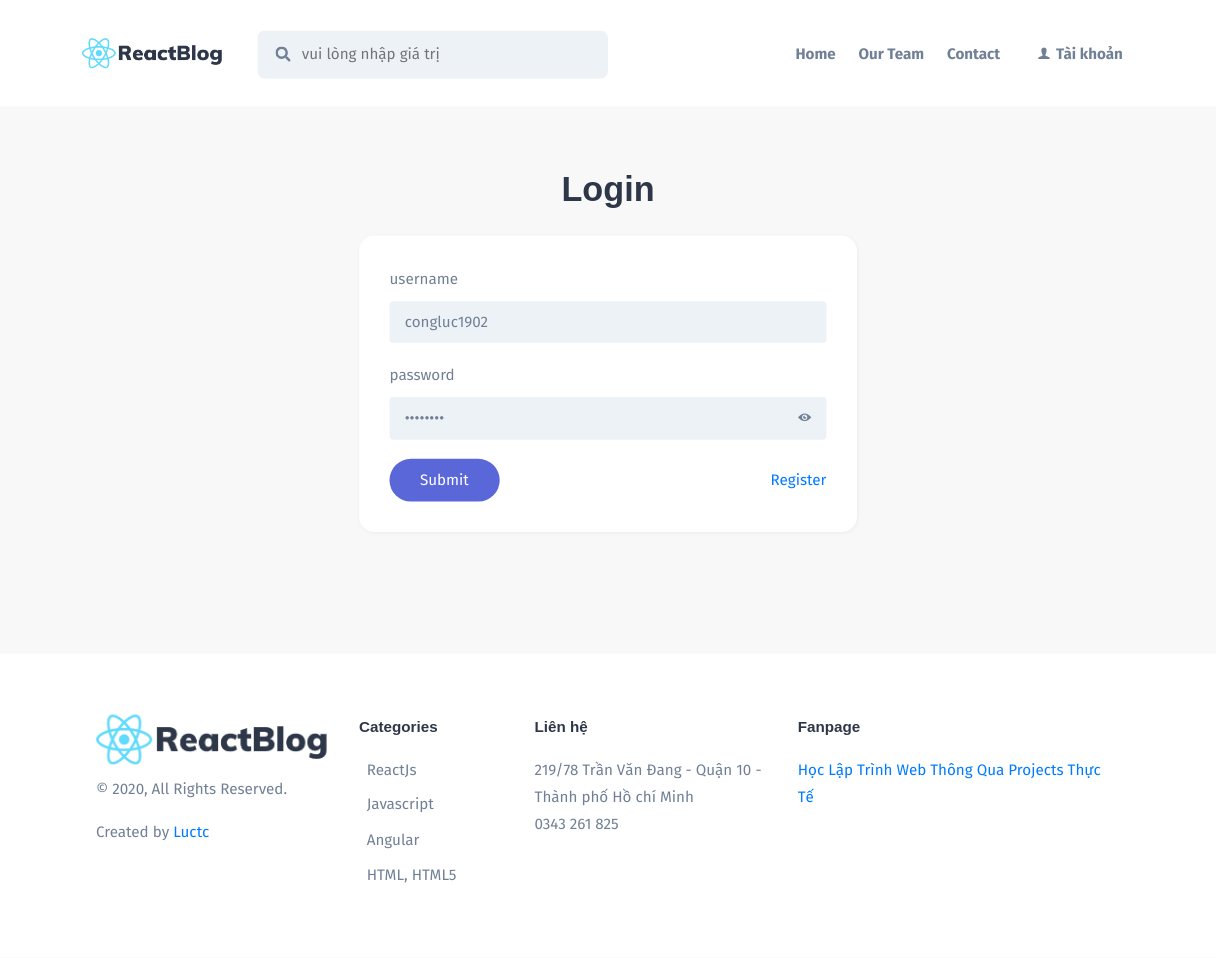
Repository: khuong30082000/Project-by-khuong
Page: /login
The author's editor kept a copy of each file at every save. The page is drawn from the files as they stood at one save, then again after the next save.
The browser window is 1280 px wide. The pictures show the whole page, at 95% of full size.
The page's requests for data from a server got no answer. Some web fonts or font styles are not loaded; a fallback is used. The project was rebuilt for these pictures with package versions that can differ from the ones it lists, and the page was loaded fresh each time. No one was signed in, and anything a server would have sent is missing. Also part of the build but not shown: src/components/ArticleLatest/latest-news-list.css, src/components/shared/MainTitle/main-title.css, src/components/shared/IconLoading.js, src/components/shared/MainTitle/index.js, src/components/ArticleItems/article-item.css, src/components/ArticleItems/ArticleItemThumb.js, src/components/ArticleItems/ArticleItemTitle.js, src/components/ArticleItems/ArticleItemAvatar.js and 27 more.

Above is the page before, as saved 2022-04-14 12:32:32.

After the next save:
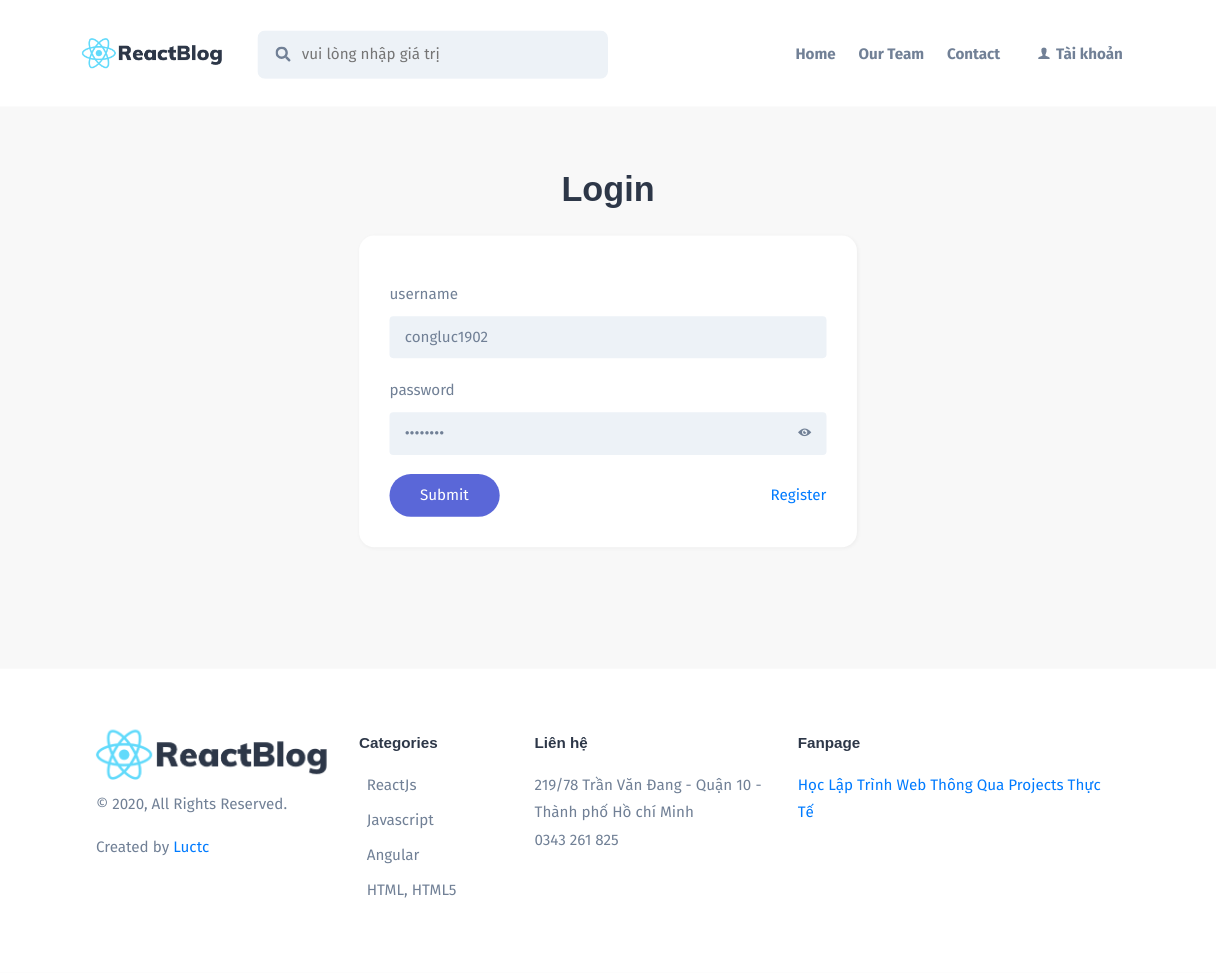
Saved 29 s later.
--- a/src/pages/LoginPage/index.js
+++ b/src/pages/LoginPage/index.js
@@ -88,6 +88,7 @@ function LoginPage() {
           <div className="tcl-col-12 tcl-col-sm-6 block-center">
             <h1 className="form-title text-center">Login</h1>
             <div className="form-login-register">
+            <p className="" >{formError}</p>
               <form autoComplete="off" onClick={handleSubmit}>
                 <Input
                   label="username"
